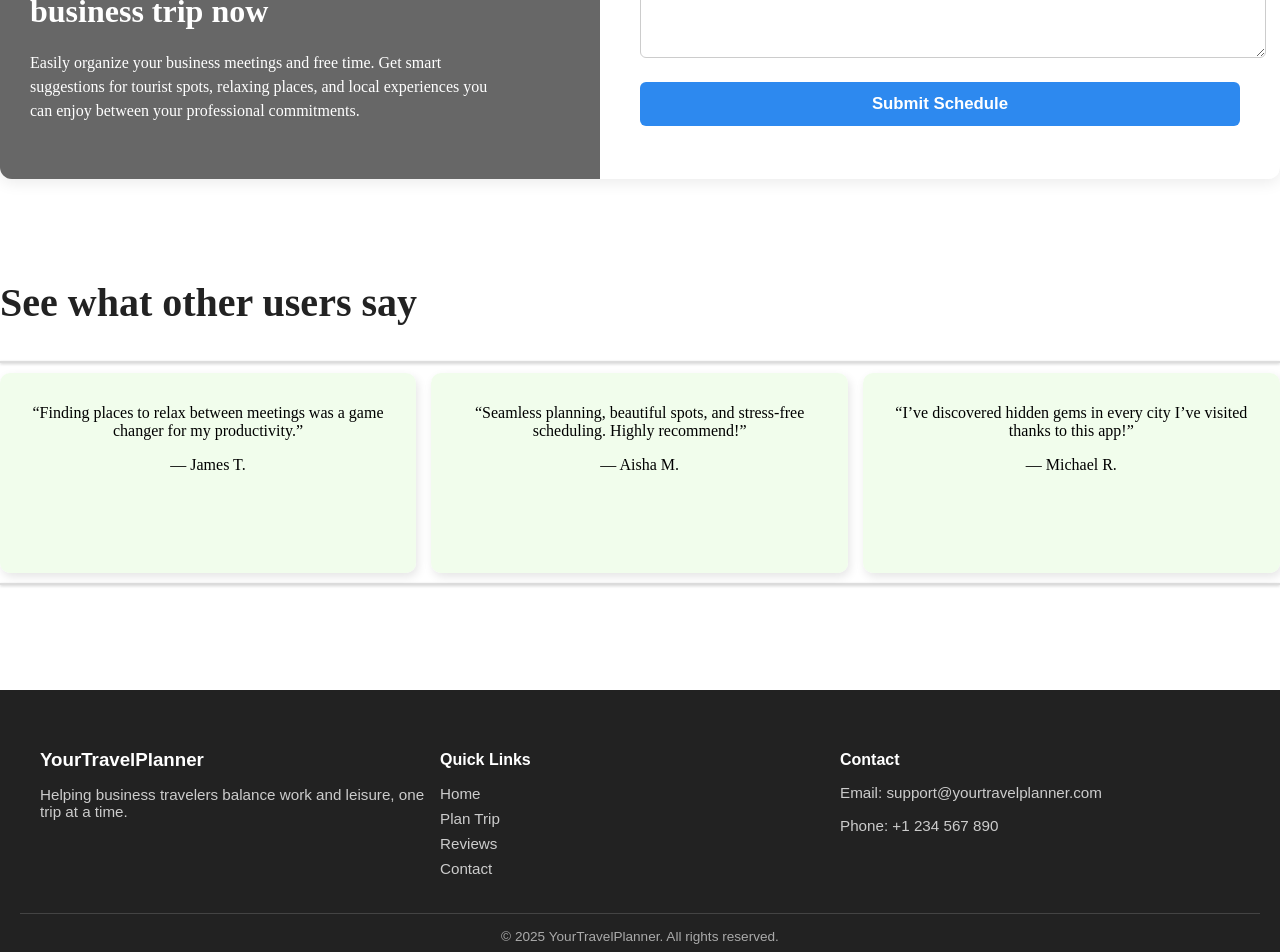
Repository: Nakib-Arman/Javafest25---travL
Page: / (app in Frontend/)
These files come from the project's save history. The page is drawn as it stood at one moment and after a run of saves; the edit follows.
The browser window is 1280 px wide. The pictures show the part of the page from y = 1378 to 2330 px (the page is 2342 px tall).
Pictures or frames that could not be fetched are drawn as grey boxes. The project was rebuilt for these pictures with package versions that can differ from the ones it lists, and the page was loaded fresh each time. Also part of the build but not shown: Frontend/vite.config.js, Frontend/src/CSS/AuthForms.css, Frontend/src/Components/AuthForms.jsx, Frontend/src/CSS/SchedulePlanner.css, Frontend/src/Components/SchedulePlanner.jsx.

Above is the page before, as saved 2025-08-24 00:27:17.

### Frontend/src/index.css
html, body {
    height: 100%;
    margin: 0;
    padding: 0;
    position: relative;
}

body {
    /* background-image: url('./assets/background2.jpg'); */
    background-color: white;
    background-position: center;
    background-repeat: no-repeat;
    background-size: cover;
    background-attachment: fixed;
}

### Frontend/src/App.jsx
import { Routes, Route } from "react-router-dom";
import Home from "./Components/Home";
import Login from "./Components/AuthForms";
import SchedulePlanner from "./Components/SchedulePlanner";
import AuthForms from "./Components/AuthForms";

function App() {
  return (
    <Routes>
      <Route path="/" element={<Home />} />
      <Route path="/auth" element={<AuthForms />} />
      <Route path="/schedule-planner" element={<SchedulePlanner />} />
    </Routes>
  );
}

export default App;

### Frontend/src/Components/Home.jsx
import React, { useState, useEffect, useRef } from 'react';
import { useNavigate } from 'react-router-dom';
import '../CSS/Home.css';

import img1 from '../assets/travel1.jpg';
import img2 from '../assets/travel2.jpg';
import img3 from '../assets/travel3.jpg';

import Topbar from './Topbar';
import ScheduleForm from './ScheduleForm';
import Reviews from './Reviews';
import Footer from './Footer';

export default function Home() {
  const navigate = useNavigate();
  const images = [img1, img2, img3];
  const [currentIndex, setCurrentIndex] = useState(0);
  const [isSidebarOpen, setIsSidebarOpen] = useState(false);
  const planFormRef = useRef(null);
  const reviewRef = useRef(null);



  const toggleSidebar = () => {
    if (isSidebarOpen) {
      setIsSidebarOpen(false);
    }
    else {
      setIsSidebarOpen(true);
    }
  };

  const scrollToPlanForm = () => {
    planFormRef.current?.scrollIntoView({ behavior: "smooth" });
    toggleSidebar();
  }

  const scrollToReviews = () => {
    reviewRef.current?.scrollIntoView({ behavior: "smooth" });
    toggleSidebar();
  }

  useEffect(() => {
    const timer = setInterval(() => {
      setCurrentIndex(prev => (prev + 1) % images.length);
    }, 8000);
    return () => clearInterval(timer);
  }, [images.length]);



  return (
    <div className="home-container">
      {/* 1. Topbar */}
      <Topbar
        isSidebarOpen={isSidebarOpen}
        toggleSidebar={toggleSidebar}
        onPlanTripClick={scrollToPlanForm}
        onReviewClick={scrollToReviews}
      />
      {isSidebarOpen && (
        <div
          className='overlay'
          onClick={() => setIsSidebarOpen(false)}
        />
      )}

      {/* 2.sliding images */}
      <div className="slideshow-container">
        <div
          className="slide-track"
          style={{ transform: `translateX(-${currentIndex * 100}%)` }}
        >
          {images.map((src, idx) => (
            <img key={idx} src={src} alt={`Slide ${idx}`} className="slide-image" />
          ))}
        </div>

        <div className="overlay-text">
          <div className="overlay-buttons">
            <button className="btn signup-btn" onClick={() => navigate("/auth?mode=signup")}>Sign Up</button>
            <button className="btn login-btn" onClick={() => navigate("/auth?mode=login")}>Log In</button>
          </div>
          <h1>Find your pause, wherever you go</h1>
          <p>Plan your business trips with ease and find the perfect spots to unwind.
            Experience the perfect balance between productivity and relaxation.</p>
        </div>
      </div>

      {/* 3. Planning Form */}
      <div ref={planFormRef}>
        <ScheduleForm/>
      </div>

      {/* 4. Reviews */}
      <div ref={reviewRef}>
        <Reviews/>
      </div>

      {/* 5. Footer  */}
      <Footer/>

    </div>
  );
}

### Frontend/src/CSS/Home.css
/* basic container */
.home-container {
    margin: 0;
    padding: 0;
    height: 100vh;
    width: 100vw;
    position: relative;
    color: black;
}


/* sliding image */
.slideshow-container {
    position: relative;
    margin-top: 100px;
    margin-left: 0px;
    width: 100%;
    height: calc(100% - 250px);
    overflow: hidden;
    background-color: black;
    z-index: 2;
}

.slide-track {
    display: flex;
    transition: transform 0.8s ease-in-out;
    height: 100%;
}

.slide-image {
    min-width: 100%;
    height: 100%;
    object-fit: cover;
    opacity: 0.5;
}


/* text on the sliding image */
.overlay-text {
    position: absolute;
    bottom: 5%;
    left: 5%;
    transform: none;
    text-align: left;
    color: white;
    text-shadow: 2px 2px 6px rgba(0, 0, 0, 0.7);
    z-index: 2;
}

.overlay-text h1 {
    font-size: 3rem;
    margin-bottom: 10px;
}

.overlay-text p {
    font-size: 1.3rem;
}


/* signup and login button */
.overlay-buttons {
    margin-top: 20px;
    display: flex;
    gap: 15px;
}

.btn {
    padding: 12px 24px;
    font-size: 1.1rem;
    border: none;
    border-radius: 30px;
    cursor: pointer;
    font-weight: bold;
    transition: background-color 0.3s ease, transform 0.2s ease;
    width: 200px;
    opacity: 0.8;
    box-shadow: 0 2px 5px rgba(0, 0, 0, 0.2);
}

.signup-btn {
    background-color: #e6e2e2dc;
    color: black;
}

.signup-btn:hover {
    background-color: #e9ebe9;
    color: black;
    transform: scale(1.05);
}

.login-btn {
    background-color: #e6e2e2dc;
    color: black;
}

.login-btn:hover {
    background-color: #e9ebe9;
    transform: scale(1.05);
}

### Frontend/src/Components/Topbar.jsx
// src/components/Topbar.js
import React, { useState } from 'react';
import { Navigate, useNavigate } from 'react-router-dom';
import '../CSS/Topbar.css';
import Sidebar from './Sidebar';

export default function Topbar(props) {
  const navigate = useNavigate();
  return (
    <div>
      <nav className="topbar">

        <div className="left-section">
          <div className="hamburger" onClick={props.toggleSidebar}>
            <span></span>
            <span></span>
            <span></span>
          </div>
          <a href="/" className="logo-link"></a>
        </div>
        <div className="nav-buttons">
          <button onClick={() => navigate("/auth?mode=login")}>Log In</button>
          <button onClick={() => navigate("/auth?mode=signup")}>Sign Up</button>
          <button onClick={() => navigate("/contactus")}>Contact Us</button>
        </div>
      </nav>
      <Sidebar
        sidebarClass={props.isSidebarOpen ? "sidebar" : "sidebar-show"}
        toggleSidebar={props.toggleSidebar}
        onPlanTripClick={props.onPlanTripClick}
        onReviewClick={props.onReviewClick}
      />
    </div>
  );
}

### Frontend/src/Components/Reviews.jsx
import React, { useState, useEffect,useRef } from "react";
import '../CSS/Reviews.css';

export default function Reviews() {

    const reviews = [
        { name: "Sophia L.", text: "This service completely transformed my business trips. I now actually look forward to traveling!" },
        { name: "James T.", text: "Finding places to relax between meetings was a game changer for my productivity." },
        { name: "Aisha M.", text: "Seamless planning, beautiful spots, and stress-free scheduling. Highly recommend!" },
        { name: "Michael R.", text: "I’ve discovered hidden gems in every city I’ve visited thanks to this app!" },
        { name: "Emily W.", text: "Perfect balance between work and relaxation — exactly what I needed." },
        { name: "David K.", text: "No more stress trying to figure out where to go. Everything’s planned perfectly." },
        { name: "Priya S.", text: "It’s like having a local guide and personal assistant rolled into one." },
        { name: "Liam P.", text: "Made my work trips more enjoyable than ever before!" },
        { name: "Hannah G.", text: "Smart recommendations and easy scheduling. Love it!" }
    ];


    const [reviewIndex, setReviewIndex] = useState(0);
    const [cardWidth, setCardWidth] = useState(0);
    const cardRef = useRef(null);



    useEffect(() => {
        const timer = setInterval(() => {
            setReviewIndex(prev => {
                const maxIndex = reviews.length - 3; // max starting index
                return prev < maxIndex ? prev + 1 : 0; // reset to 0 after last slide
            });
        }, 3000);
        return () => clearInterval(timer);
    }, [reviews.length]);


    useEffect(() => {
        if (cardRef.current) {
            setCardWidth(cardRef.current.offsetWidth + 15);
        }
    }, []);

    return (
        <div className="review-section">
            <h2 className="review-title">See what other users say</h2>

            <div className="review-slideshow">
                <div className="review-line top-line"></div>

                <div
                    className="review-track"
                    style={{ transform: `translateX(-${reviewIndex * cardWidth}px)` }}
                >
                    {reviews.map((review, idx) => (
                        <div
                            className="review-card"
                            key={idx}
                            ref={idx === 0 ? cardRef : null}
                        >
                            <p className="review-text">“{review.text}”</p>
                            <span className="review-author">— {review.name}</span>
                        </div>
                    ))}
                </div>

                <div className="review-line bottom-line"></div>
            </div>
        </div>
    );
}

### Frontend/src/Components/Footer.jsx
import React from "react";
import '../CSS/Footer.css';

export default function Footer() {
  return (
    <footer className="footer">
      <div className="footer-container">
        {/* About / Brand */}
        <div className="footer-section">
          <h3>YourTravelPlanner</h3>
          <p>Helping business travelers balance work and leisure, one trip at a time.</p>
        </div>

        {/* Quick Links */}
        <div className="footer-section">
          <h4>Quick Links</h4>
          <ul>
            <li><a href="#home">Home</a></li>
            <li><a href="#schedule">Plan Trip</a></li>
            <li><a href="#reviews">Reviews</a></li>
            <li><a href="#contact">Contact</a></li>
          </ul>
        </div>

        {/* Contact */}
        <div className="footer-section">
          <h4>Contact</h4>
          <p>Email: support@yourtravelplanner.com</p>
          <p>Phone: +1 234 567 890</p>
          <div className="social-icons">
            <a href="#"><i className="fab fa-facebook-f"></i></a>
            <a href="#"><i className="fab fa-twitter"></i></a>
            <a href="#"><i className="fab fa-instagram"></i></a>
          </div>
        </div>
      </div>

      <div className="footer-bottom">
        &copy; {new Date().getFullYear()} YourTravelPlanner. All rights reserved.
      </div>
    </footer>
  );
}

### Frontend/src/CSS/Topbar.css
/* basic container */
.topbar {
  position: fixed;
  top: 0;
  left: 0;
  right: 0;
  height: 100px;
  background-color: hsl(97, 62%, 93%);
  display: flex;
  justify-content: space-between;
  align-items: flex-end;
  padding: 0 20px;
  box-shadow: 0 2px 10px rgba(0, 0, 0, 0.2);
  z-index: 1000;
}

/* Group container for hamburger + logo */
.left-section {
  display: flex;
  align-items: center;
  gap: 15px;
}


/* hamburger icon */
.hamburger {
  display: flex;
  flex-direction: column;
  justify-content: space-between;
  width: 25px;
  height: 18px;
  cursor: pointer;
}

.hamburger span {
  display: block;
  height: 3px;
  background-color: black;
  border-radius: 2px;
}


/* logo */
.logo-link {
  display: inline-block;
  height: 100px;
  width: 180px;
  background-image: url('../assets/Logo1.png');
  background-size: contain;
  background-repeat: no-repeat;
  background-position: center;
}



/* Navigation buttons container */
.nav-buttons {
  display: flex;
  gap: 12px;
}

.nav-buttons button {
  background-color: transparent;
  color: black;
  border: none;
  padding: 8px 16px;
  border-radius: 6px;
  font-size: 14px;
  font-weight: 500;
  cursor: pointer;
  transition: background-color 0.3s ease;
}

.nav-buttons button:hover {
  background-color: #354434;
  color: white;
}

### Frontend/src/Components/Sidebar.jsx
// src/components/Sidebar.js
import React from 'react';
import { Navigate, useNavigate } from 'react-router-dom';
import '../CSS/Sidebar.css';

export default function Sidebar(props) {
  const navigate = useNavigate();
  return (
    <div className={props.sidebarClass}>
      {/* Sidebar Header */}
      <div className="sidebar-header">
        <div className="hamburger" onClick={props.toggleSidebar}>
          <span></span>
          <span></span>
          <span></span>
        </div>
        <a href="/" className="logo-link"></a>
      </div>

      {/* Sidebar Buttons */}
      <div className="sidebar-buttons">
        <button onClick={props.onPlanTripClick}>Plan a Schedule</button>
        <button onClick={props.onReviewClick}>Reviews</button>
        <button onClick={() => navigate("/aboutus")}>About Us</button>
      </div>
    </div>
  );
}

### Frontend/src/CSS/ScheduleForm.css
.schedule-container {
    margin-top: 100px;
}

.schedule-title {
    font-size: 2.5rem;
    font-weight: bold;
    margin-top: 40px;
    margin-bottom: 30px;
    color: #222;
    max-width: 1400px;
    margin-left: auto;
    margin-right: auto;
    text-align: left;
}

.schedule-wrapper {
    display: flex;
    max-width: 1500px;
    height: 800px;
    margin: 40px auto;
    background: #fff;
    border-radius: 12px;
    overflow: hidden;
    box-shadow: 0 4px 15px rgba(0, 0, 0, 0.08);
}

/* LEFT SIDE */
.schedule-left {
    flex: 1;
    position: relative;
    background: #f5f5f5;
    height: 100%;
}

.schedule-left img {
    width: 100%;
    height: 100%;
    object-fit: cover;
}

.schedule-left::after {
    content: "";
    position: absolute;
    top: 0;
    left: 0;
    right: 0;
    bottom: 0;
    background: rgba(0, 0, 0, 0.35);
}

.headline {
    position: absolute;
    bottom: 40px;
    left: 30px;
    color: white;
    max-width: 80%;
    z-index: 1;
}

.headline h2 {
    font-size: 2rem;
    margin-bottom: 10px;
}

.headline p {
    font-size: 1rem;
    line-height: 1.5;
}

/* RIGHT SIDE FORM */
.form-container {
    flex: 1;
    padding: 30px 40px;
    font-family: Arial, sans-serif;
    overflow-y: auto;
    height: 100%;
    background: #fff;

    /* 👇 Added top shadow */
    box-shadow: 0 -6px 12px rgba(0, 0, 0, 0.12);
    border-top-left-radius: 12px;
    border-top-right-radius: 12px;
}

.form-container h2 {
    text-align: center;
    margin-bottom: 25px;
    color: #222;
}

.form-container h3 {
    margin-top: 25px;
    margin-bottom: 10px;
    color: #444;
    border-bottom: 2px solid #f0f0f0;
    padding-bottom: 5px;
}

.meeting-row,
.free-row {
    display: flex;
    flex-wrap: wrap;
    gap: 10px;
    margin-bottom: 10px;
}

.meeting-row input,
.free-row input {
    flex: 1;
    min-width: 120px;
    padding: 10px 12px;
    border: 1px solid #ccc;
    border-radius: 6px;
    font-size: 1rem;
}

.remove-btn {
    background: #ff4d4d;
    color: white;
    border: none;
    border-radius: 6px;
    padding: 4px 10px;
    font-size: 1.2rem;
    cursor: pointer;
    margin-left: 5px;
    align-self: center;
    transition: background-color 0.3s ease;
}

.remove-btn:hover {
    background: #e63939;
}

button[type="button"] {
    background: #f3f3f3;
    color: #333;
    padding: 6px 14px;
    margin-top: 5px;
    border: none;
    border-radius: 6px;
    cursor: pointer;
    font-size: 0.9rem;
    transition: background-color 0.3s ease;
}

button[type="button"]:hover {
    background: #e4e4e4;
}

label {
    display: inline-flex;
    align-items: center;
    margin-right: 15px;
    font-size: 0.95rem;
    cursor: pointer;
}

label input {
    margin-right: 6px;
}

.form-group {
    margin-top: 20px;
}

.form-group label {
    display: block;
    font-weight: 500;
    margin-bottom: 8px;
    color: #444;
}

.form-group textarea {
    width: 100%;
    min-height: 120px;
    padding: 12px;
    border: 1px solid #ccc;
    border-radius: 6px;
    resize: vertical;
    font-size: 1rem;
    font-family: Arial, sans-serif;
}

.form-group textarea:focus {
    outline: none;
    border-color: #2d89ef;
    box-shadow: 0 0 4px rgba(45, 137, 239, 0.4);
}

button[type="submit"] {
    margin-top: 20px;
    width: 100%;
    background: #2d89ef;
    color: white;
    padding: 12px;
    font-size: 1.05rem;
    font-weight: bold;
    border: none;
    border-radius: 6px;
    cursor: pointer;
    transition: background-color 0.3s ease;
}

button[type="submit"]:hover {
    background: #1c6cd3;
}

/* Mobile view */
@media (max-width: 900px) {
    .schedule-wrapper {
        flex-direction: column;
        height: auto;
    }

    .schedule-left {
        height: 250px;
    }

    .form-container {
        height: auto;
        overflow-y: visible;
    }

    .schedule-left h2 {
        font-size: 1.4rem;
    }
}

### Frontend/src/CSS/Reviews.css
/* Reviews */
.review-section {
    margin-top: 100px;
    text-align: center;
}

.review-title {
    font-size: 2.5rem;
    font-weight: bold;
    margin-top: 40px;
    margin-bottom: 30px;
    color: #222;
    max-width: 1400px;
    margin-left: auto;
    margin-right: auto;
    text-align: left;
}

.review-line {
    height: 2px;
    width: 100%;
    background: #ddd;
    box-shadow: 0 1px 3px rgba(0, 0, 0, 0.2);
    margin: 5px 0;
}

.top-line {
    margin-bottom: 10px;
}

.bottom-line {
    margin-top: 10px;
}

.review-slideshow {
    margin-top: 25px;
    overflow: hidden;
    max-width: 1500px;
    margin-left: auto;
    margin-right: auto;
}

.review-track {
    display: flex;
    transition: transform 0.6s ease-in-out;
    gap: 15px;
}

.review-card {
    background: rgba(240, 253, 234, 0.9);
    padding: 15px;
    border-radius: 10px;
    box-shadow: 2px 4px 10px rgba(10, 1, 1, 0.1);
    flex: 0 0 calc((100% / 3) - 10px);
    box-sizing: border-box;
    min-height: 200px;
}

### Frontend/src/CSS/Footer.css
.footer {
    margin-top: 100px;
    background-color: #222;
    color: #eee;
    padding: 40px 20px 20px 20px;
    font-family: Arial, sans-serif;
  }

  .footer-container {
    display: flex;
    justify-content: space-between;
    flex-wrap: wrap;
    max-width: 1200px;
    margin: auto;
  }

  .footer-section {
    flex: 1;
    min-width: 200px;
    margin-bottom: 20px;
  }

  .footer-section h3, .footer-section h4 {
    color: #fff;
    margin-bottom: 15px;
  }

  .footer-section p, .footer-section li, .footer-section a {
    font-size: 0.95rem;
    color: #ccc;
    text-decoration: none;
  }

  .footer-section ul {
    list-style: none;
    padding: 0;
  }

  .footer-section li {
    margin-bottom: 8px;
  }

  .footer-section a:hover {
    color: #2d89ef;
  }

  .social-icons a {
    display: inline-block;
    margin-right: 10px;
    color: #ccc;
    font-size: 1.2rem;
    transition: color 0.3s;
  }

  .social-icons a:hover {
    color: #2d89ef;
  }

  .footer-bottom {
    text-align: center;
    padding-top: 15px;
    border-top: 1px solid #444;
    font-size: 0.85rem;
    color: #aaa;
  }

### Frontend/src/CSS/Sidebar.css
/* Sidebar open */
.sidebar {
  position: fixed;
  top: 0;   /* start from very top */
  left: 0;
  width: 240px;
  height: 100vh;
  background-image: url('../assets/background2.jpg');
  background-position: center;
  background-repeat: no-repeat;
  background-size: cover;
  display: flex;
  flex-direction: column;
  z-index: 1050;
  box-shadow: 2px 0 10px rgba(0, 0, 0, 0.15);
  transform: translateX(0);
  transition: transform 0.3s ease;
}

/* Sidebar closed */
.sidebar-show {
  position: fixed;
  top: 0;   /* start from very top */
  left: 0;
  width: 240px;
  height: 100vh;
  background-image: url('../assets/background2.jpg');
  background-position: center;
  background-repeat: no-repeat;
  background-size: cover;
  display: flex;
  flex-direction: column;
  z-index: 1050;
  box-shadow: 2px 0 10px rgba(0, 0, 0, 0.15);
  transform: translateX(-100%);
  transition: transform 0.3s ease;
}

/* Overlay tint inside sidebar */
.sidebar::before,
.sidebar-show::before {
  content: '';
  position: absolute;
  top: 0;
  left: 0;
  right: 0;
  bottom: 0;
  background: rgba(241, 255, 238, 0.9);
  z-index: 1;
  pointer-events: none;
}

/* Sidebar header (hamburger + logo) */
.sidebar-header {
  display: flex;
  align-items: center;
  gap: 15px;
  padding: 40px 15px 20px 15px;
  z-index: 2; /* above overlay */
}

/* Reuse hamburger + logo styles from Topbar */
.hamburger {
  display: flex;
  flex-direction: column;
  justify-content: space-between;
  width: 25px;
  height: 18px;
  cursor: pointer;
  z-index: 2;
}

.hamburger span {
  display: block;
  height: 3px;
  background-color: black;
  border-radius: 2px;
}

.logo-link {
  display: inline-block;
  height: 60px;
  width: 150px;
  background-image: url('../assets/Logo1.png');
  background-size: contain;
  background-repeat: no-repeat;
  background-position: center;
  z-index: 2;
}

/* Sidebar buttons */
.sidebar-buttons {
  display: flex;
  flex-direction: column;
  padding: 10px;
  gap: 10px;
  z-index: 2; /* above overlay */
}

.sidebar-buttons button {
  background-color: transparent;
  color: black;
  border: none;
  padding: 12px;
  text-align: left;
  border-radius: 4px;
  cursor: pointer;
  transition: background-color 0.3s ease;
}

.sidebar-buttons button:hover {
  background-color: #354434;
  color: white;
}

/* Dark background overlay (outside sidebar, for the rest of the page) */
.overlay {
  position: fixed;
  top: 0;
  left: 0;
  width: 100vw;
  height: 100vh;
  background: rgba(0,0,0,0.5); /* darkened */
  z-index: 1000; /* just below sidebar */
}

Loaded but not shown: Frontend/index.html (common file); Frontend/src/main.jsx (common file); Frontend/src/Components/ScheduleForm.jsx (133 lines, source omitted)

After the next 5 saves:
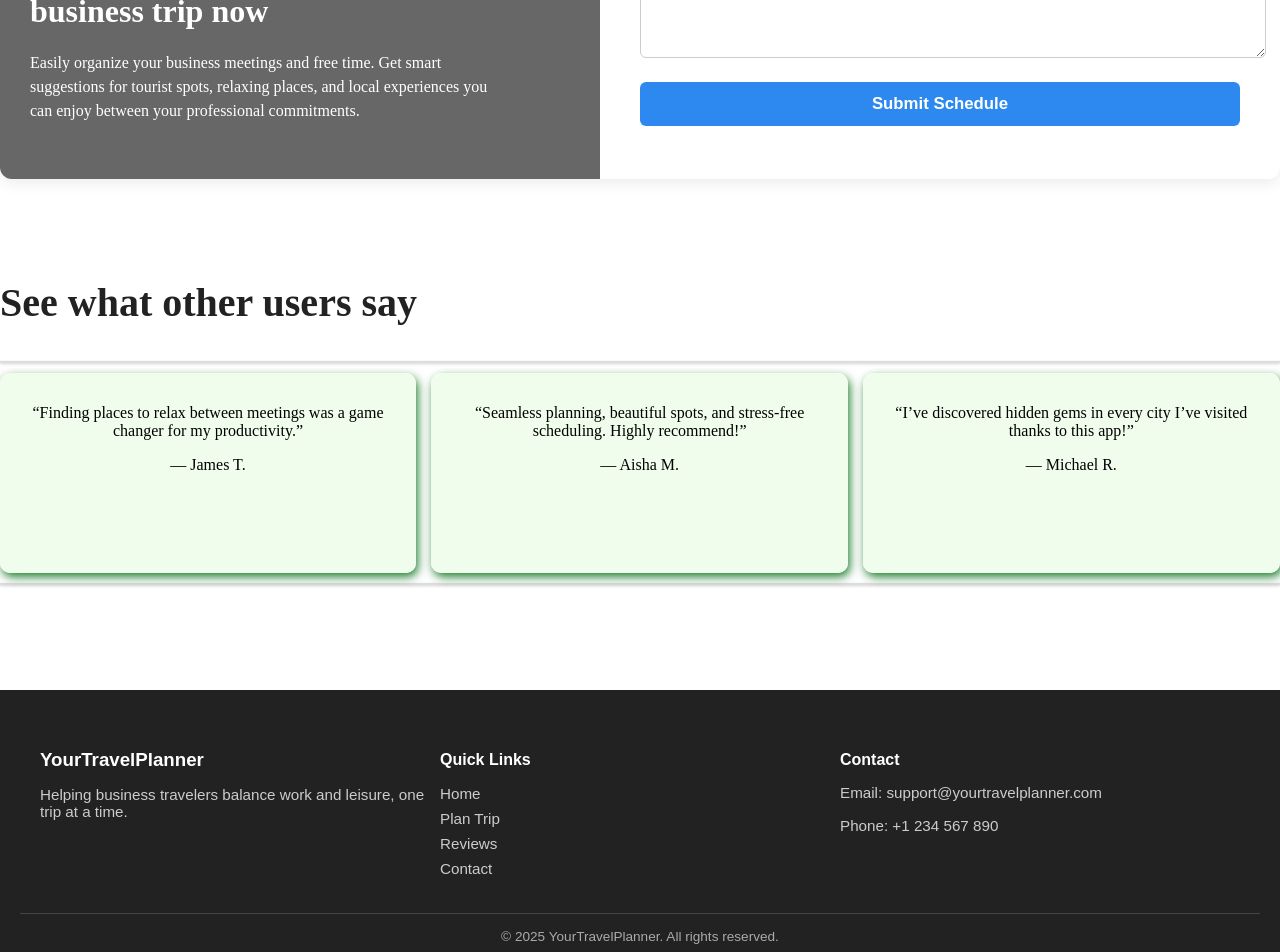
The 5 saves are shown as one change because they came seconds apart.
The last was saved 15 s later.
--- a/Frontend/src/CSS/Reviews.css
+++ b/Frontend/src/CSS/Reviews.css
@@ -50,7 +50,7 @@
     background: rgba(240, 253, 234, 0.9);
     padding: 15px;
     border-radius: 10px;
-    box-shadow: 2px 4px 10px rgba(10, 1, 1, 0.1);
+    box-shadow: 2px 4px 10px rgba(2, 109, 20, 0.863);
     flex: 0 0 calc((100% / 3) - 10px);
     box-sizing: border-box;
     min-height: 200px;
